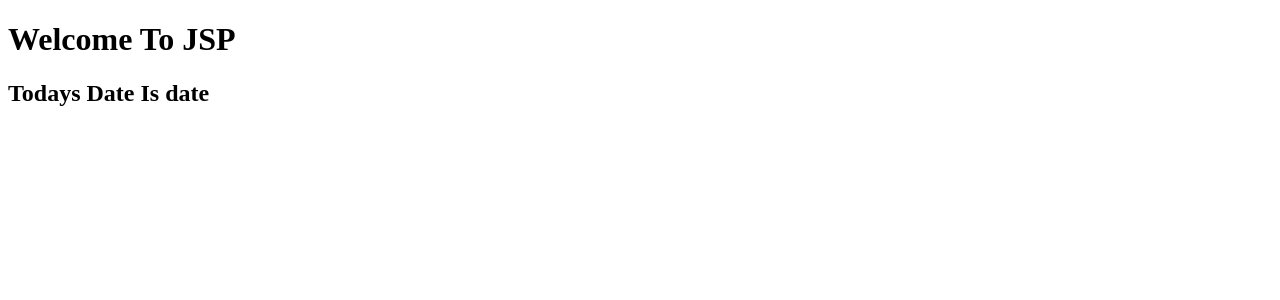
Repository: yashdpatil/Advanced_java
Page: http://localhost/MVC/Hello.jsp
These files come from the project's save history. The page is drawn as it stood at one moment and after the next save; the edit follows.
The browser window is 1280 px wide. The pictures show the whole page.
The page is served by Tomcat 9.

Above is the page before, as saved 2023-12-14 04:21:38.

After the next save:
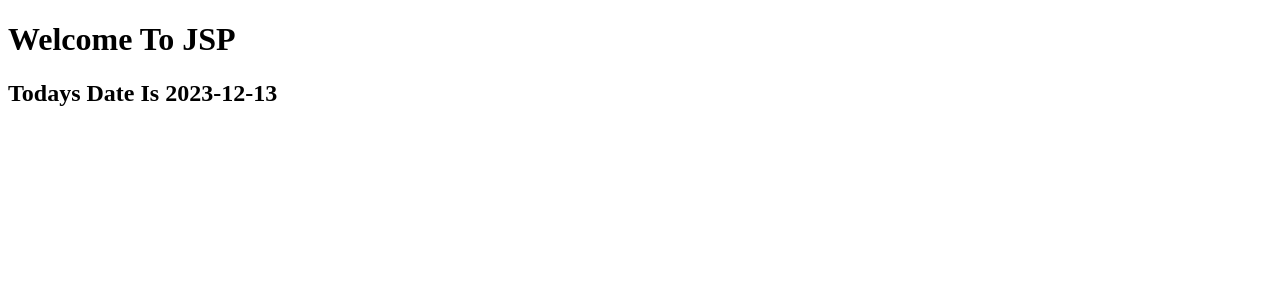
Saved 41 s later.
--- a/MVC/src/main/webapp/Hello.jsp
+++ b/MVC/src/main/webapp/Hello.jsp
@@ -10,7 +10,7 @@
 <body>
 <h1>Welcome To JSP</h1>
 <% LocalDate date = LocalDate.now(); %>
-<h2> Todays Date Is  date</h2>
+<h2> Todays Date Is <%= date %></h2>
 
 
 
